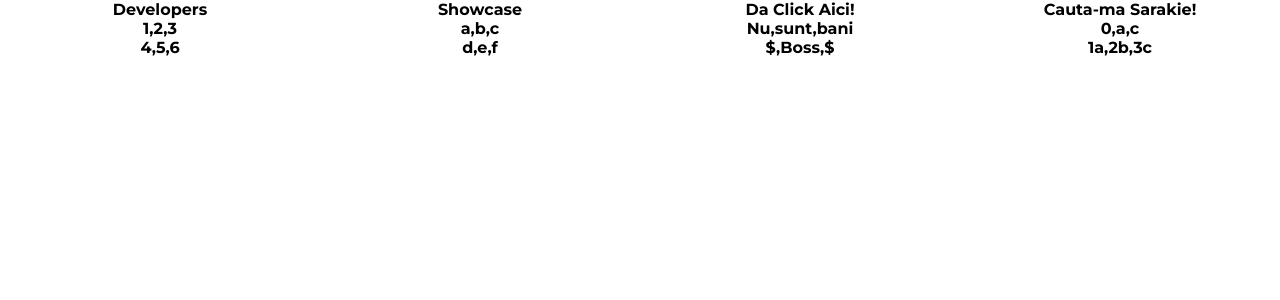
Repository: xtremer15/Css-JS
Page: Css-JS/JS and CSS Study/JS/basics-01-starting-project/assets/scripts/test/test-2.index.html
The author's editor kept a copy of each file at every save. The page is drawn from the files as they stood at one save, then again after a run of saves.
The browser window is 1280 px wide. The pictures show the whole page.

Above is the page before, as saved 2020-02-28 14:30:12.

After the next 3 saves:
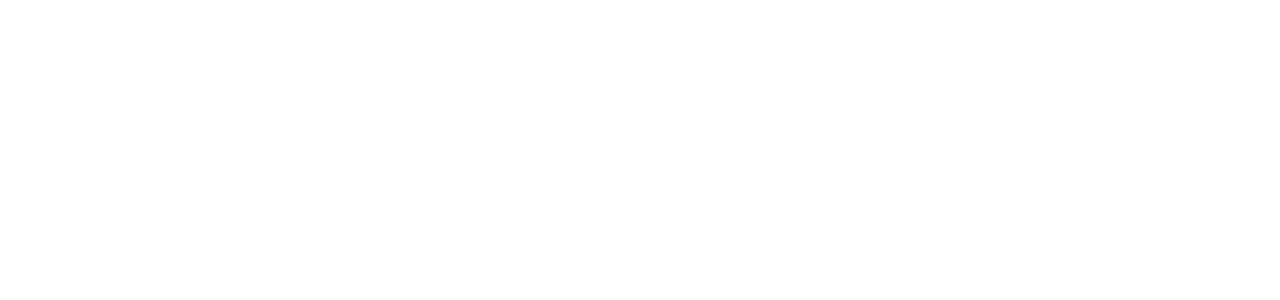
Console error: SyntaxError: Unexpected token ')'
The 3 saves are shown as one change because they came seconds apart.
The last was saved 51 s later.
--- a/Css-JS/JS and CSS Study/JS/basics-01-starting-project/assets/scripts/test/test-2.js
+++ b/Css-JS/JS and CSS Study/JS/basics-01-starting-project/assets/scripts/test/test-2.js
@@ -80,6 +80,7 @@
     strOption = MENU[i].options[j].opt;
     a.appendChild(document.createTextNode(strOption));
     li.appendChild(a);
+    for()
   }
 }
 

After the 3 saves that followed:
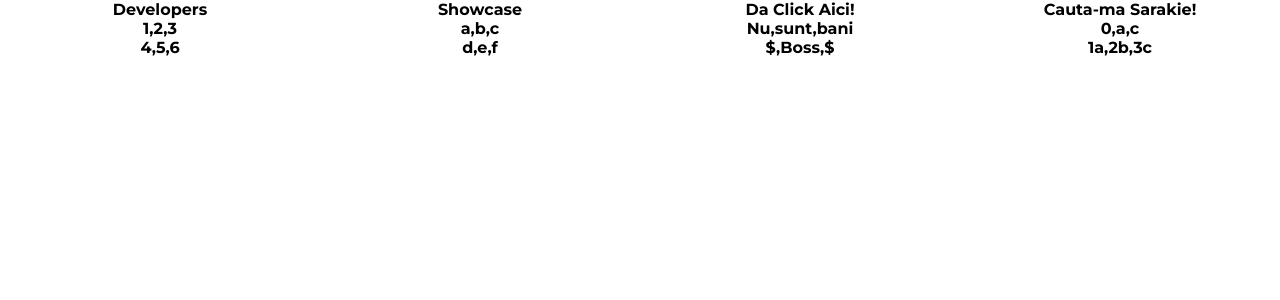
The error is gone.
The 3 saves are shown as one change because they came seconds apart.
The last was saved 8 s later.
--- a/Css-JS/JS and CSS Study/JS/basics-01-starting-project/assets/scripts/test/test-2.js
+++ b/Css-JS/JS and CSS Study/JS/basics-01-starting-project/assets/scripts/test/test-2.js
@@ -80,7 +80,9 @@
     strOption = MENU[i].options[j].opt;
     a.appendChild(document.createTextNode(strOption));
     li.appendChild(a);
-    for()
+    for (let j = 0; j < MENU[i].options.length; j++) {
+
+    }
   }
 }
 
